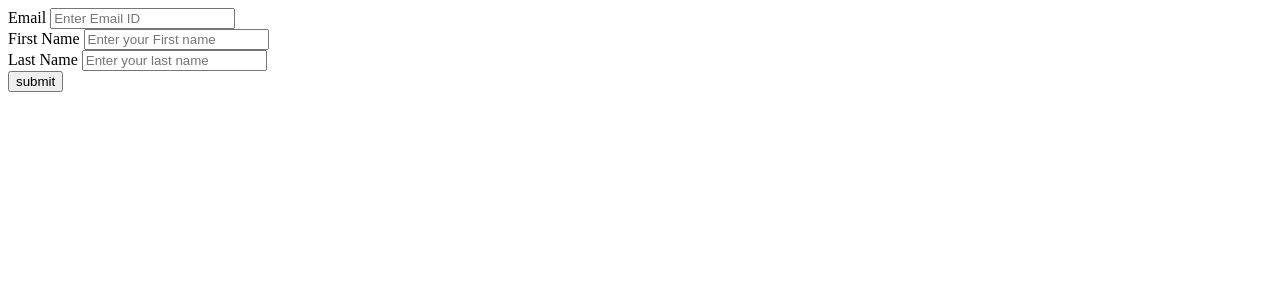
Repository: jagdishpatil18/JavaAdv
Page: Login_App/WebContent/signup.html
The author's editor kept a copy of each file at every save. The page is drawn from the files as they stood at one save, then again after the next save.
The browser window is 1280 px wide. The pictures show the whole page.

Above is the page before, as saved 2017-04-27 05:02:29.

After the next save:
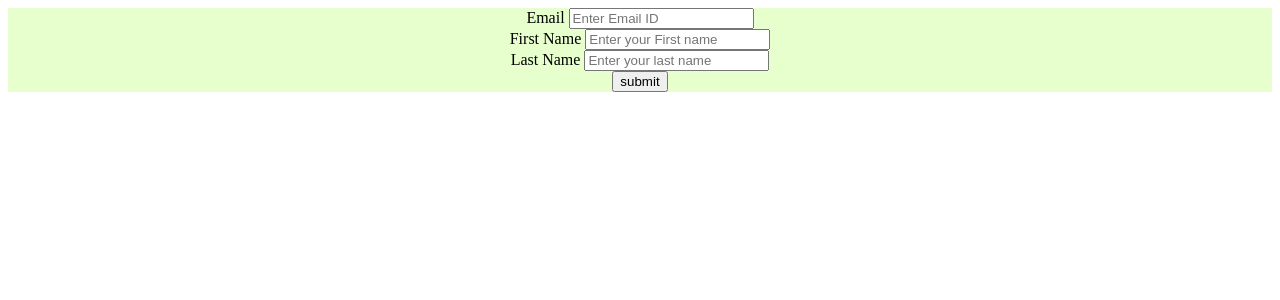
Saved 67 s later.
--- a/Login_App/WebContent/signup.html
+++ b/Login_App/WebContent/signup.html
@@ -6,10 +6,14 @@
 </head>
 <body>
 <form action="ServletLogin" method="post">
+<div class="container" style="background-color:#e6ffcc">
+<center>
 Email <input type="text" placeholder="Enter Email ID" name="EmailId"><br>
 First Name <input type="text" placeholder="Enter your First name" name="firstname"><br>
 Last Name <input type="text" placeholder="Enter your last name"name="lastName"><br>
 <input type="submit" value="submit">
+</center>
+</div>
 </form>
 </body>
 </html>
